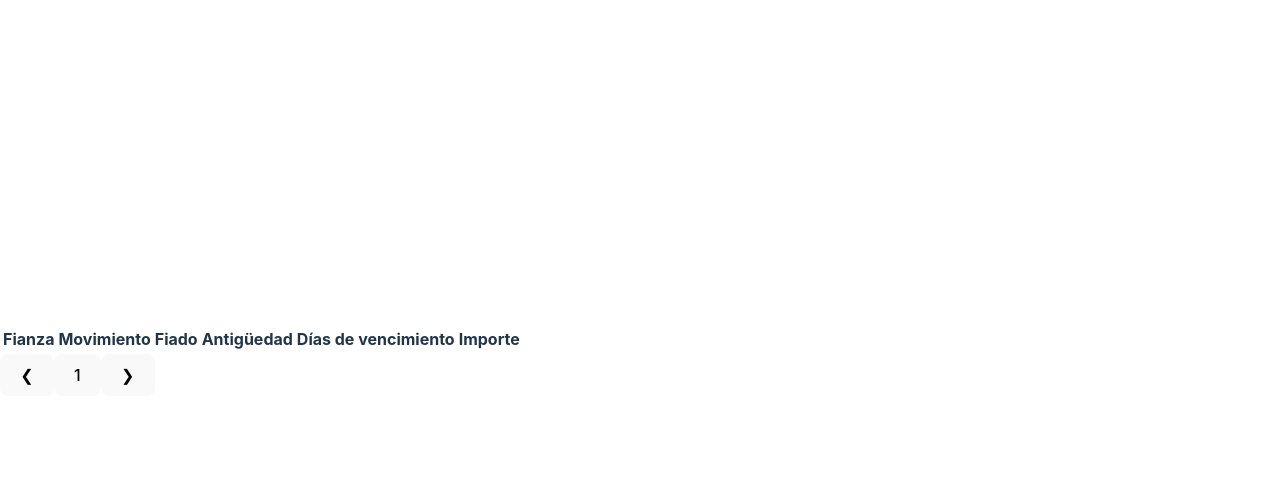
Repository: PCGP22/prueba-t-cnica-liberty-finanzas
Page: / (app in Prueba técnica full-stack/client/)
These files come from the project's save history. The page is drawn as it stood at one moment and after the next save; the edit follows.
The browser window is 1280 px wide. The pictures show the whole page.
The page's requests for data from a server got no answer. The project was rebuilt for these pictures with package versions that can differ from the ones it lists, and the page was loaded fresh each time. No one was signed in, and anything a server would have sent is missing. Also part of the build but not shown: Prueba técnica full-stack/client/vite.config.js, Prueba técnica full-stack/client/src/components/Filters.jsx, Prueba técnica full-stack/client/src/components/Card.jsx, Prueba técnica full-stack/client/src/components/CardsContainer.jsx.

Above is the page before, as saved 2023-11-14 07:20:57.

After the next save:
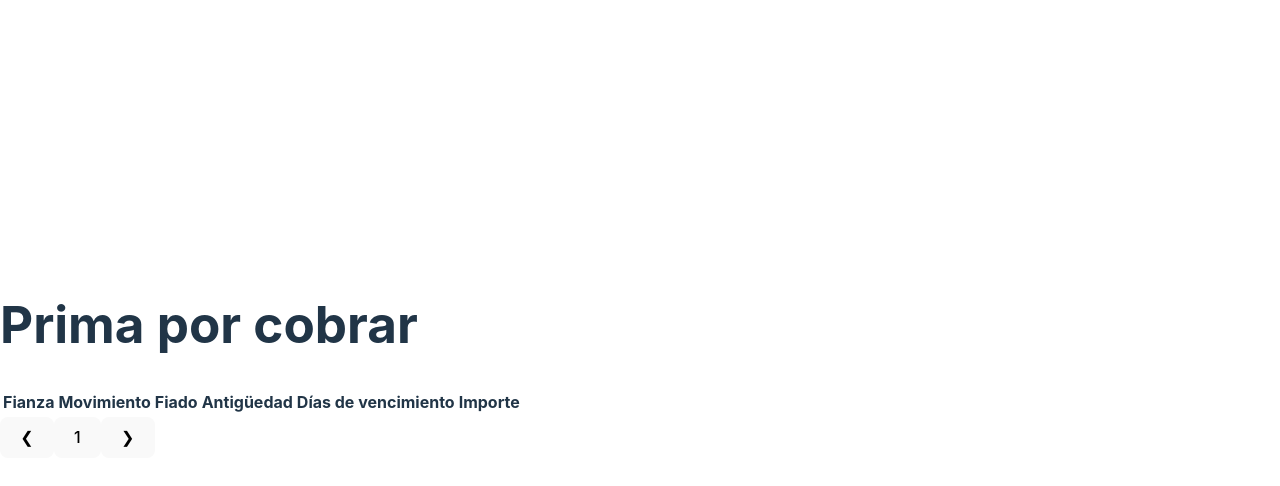
Saved 11 s later.
--- a/Prueba técnica full-stack/client/src/App.jsx
+++ b/Prueba técnica full-stack/client/src/App.jsx
@@ -1,10 +1,9 @@
 import { dataContext } from "./context/dataContext";
 import Table from "./components/Table";
-import { useEffect, useReducer, useState } from "react";
-import Filters from "./components/Filters";
+import { useEffect, useReducer } from "react";
 import Pagination from "./components/pagination";
 import reducer from "./hooks/Reducer";
-import CardsContainer from "./components/CardsContainer";
+import Header from "./components/Header";
 
 function App() {
   let url = "http://localhost:5000/primas";
@@ -26,8 +25,7 @@ function App() {
 
   return (
     <dataContext.Provider value={[state, dispatch]}>
-      <CardsContainer />
-      <Filters />
+      <Header />
       <Table />
       <Pagination />
     </dataContext.Provider>
